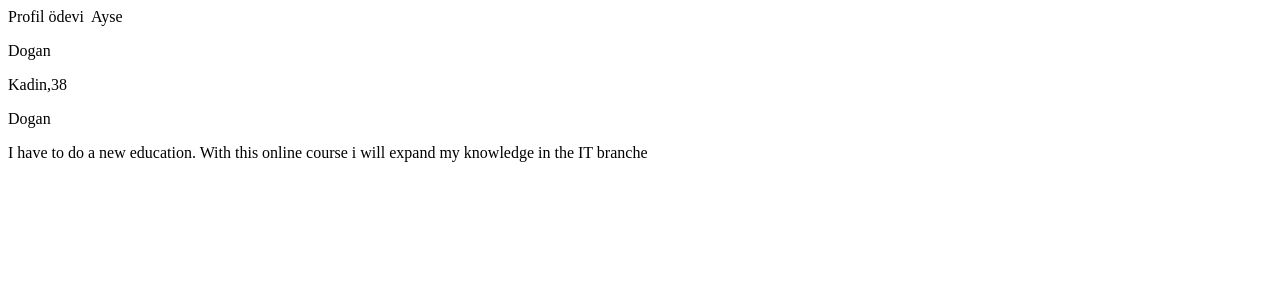
Repository: aysedo/html
Page: Week_2/profile/index.html
An editor plug-in stored every save of this project. The page is shown before and after the next save, followed by the edit.
The browser window is 1280 px wide. The pictures show the whole page.

Above is the page before, as saved 2021-08-25 22:29:10.

### Week_2/profile/index.html
<!DOCTYPE html>
<html lang="en">
  <head>
    <meta charset="UTF-8" />
    <meta http-equiv="X-UA-Compatible" content="IE=edge" />
    <meta name="viewport" content="width=device-width, initial-scale=1.0" />
    <title>Document</title>
  </head>
  <body>
    <titel>Profil ödevi</titel>
    <img source="örnek"
          <p> Ayse </p>
          <p> Dogan </p>
          <p> Kadin,38 </p>
          <p> Dogan </p>

          <p>I have to do a new education. With this online course i will expand my knowledge in the IT branche</p>

          <address> </address>
        </tr>
      </table>

  </body>
</html>

After the next save:
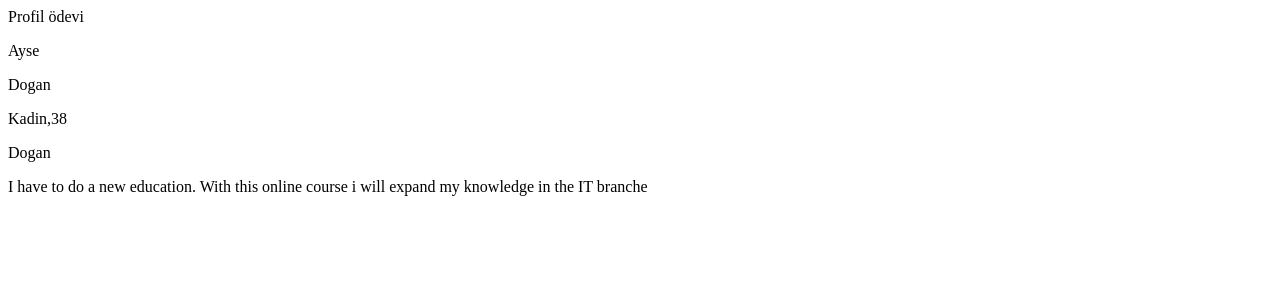
Saved 14 s later.
--- a/Week_2/profile/index.html
+++ b/Week_2/profile/index.html
@@ -8,7 +8,7 @@
   </head>
   <body>
     <titel>Profil ödevi</titel>
-    <img source="örnek"
+    <img source="örnek"/>
           <p> Ayse </p>
           <p> Dogan </p>
           <p> Kadin,38 </p>
